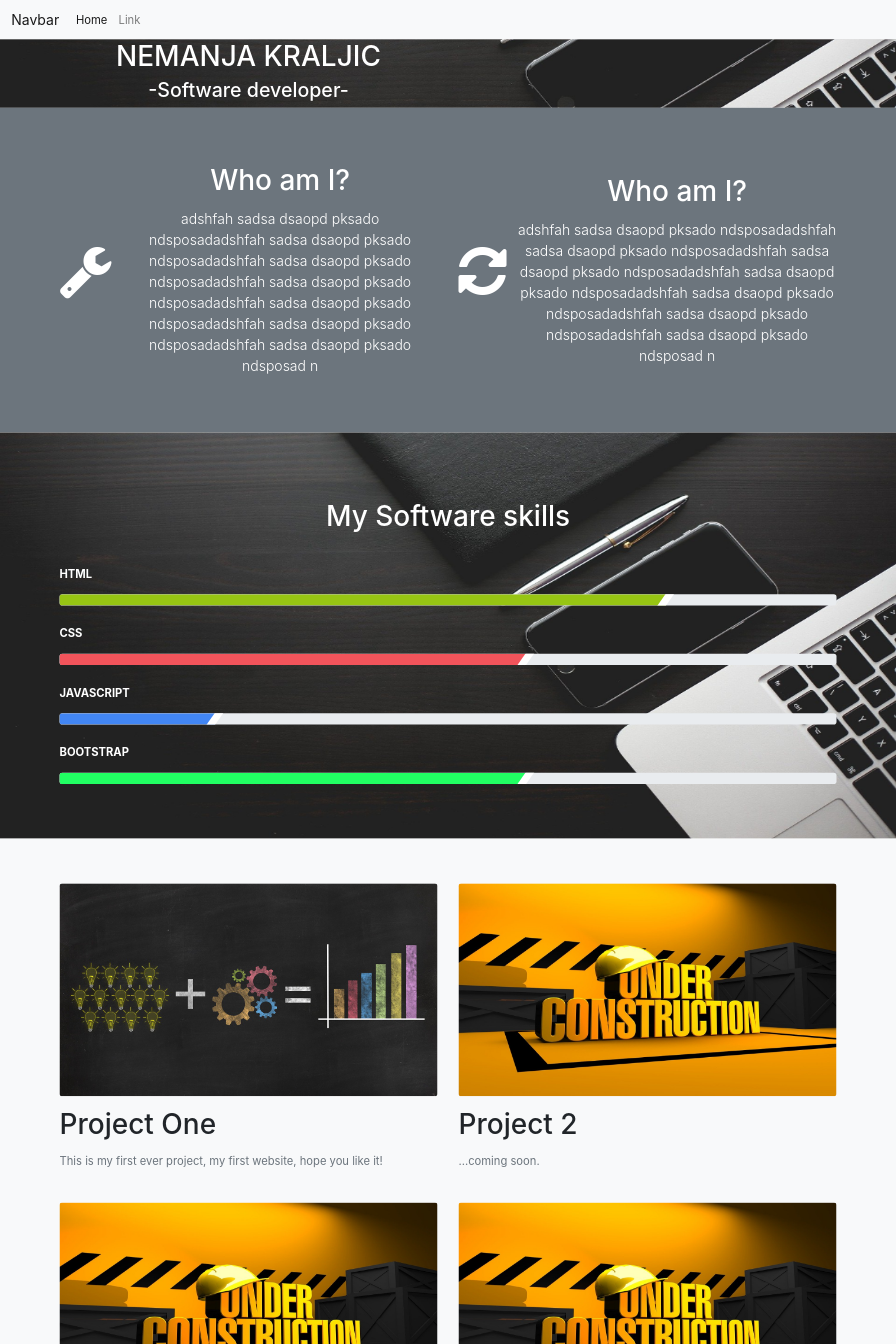
Repository: Kraljiccar/User-Centric-Frontend-Development-Milestone-Project
Page: index.html
The author's editor kept a record of every edit. The page is drawn from the files as they stood at one moment, then again after the next edit.
The browser window is 1280 px wide. The pictures show the part of the page from y = 0 to 1920 px (the page is 2818 px tall before and 2762 px after), at 70% of full size.
Backgrounds fixed to the window are drawn as part of the page.

Above is the page before.

After the next edit:
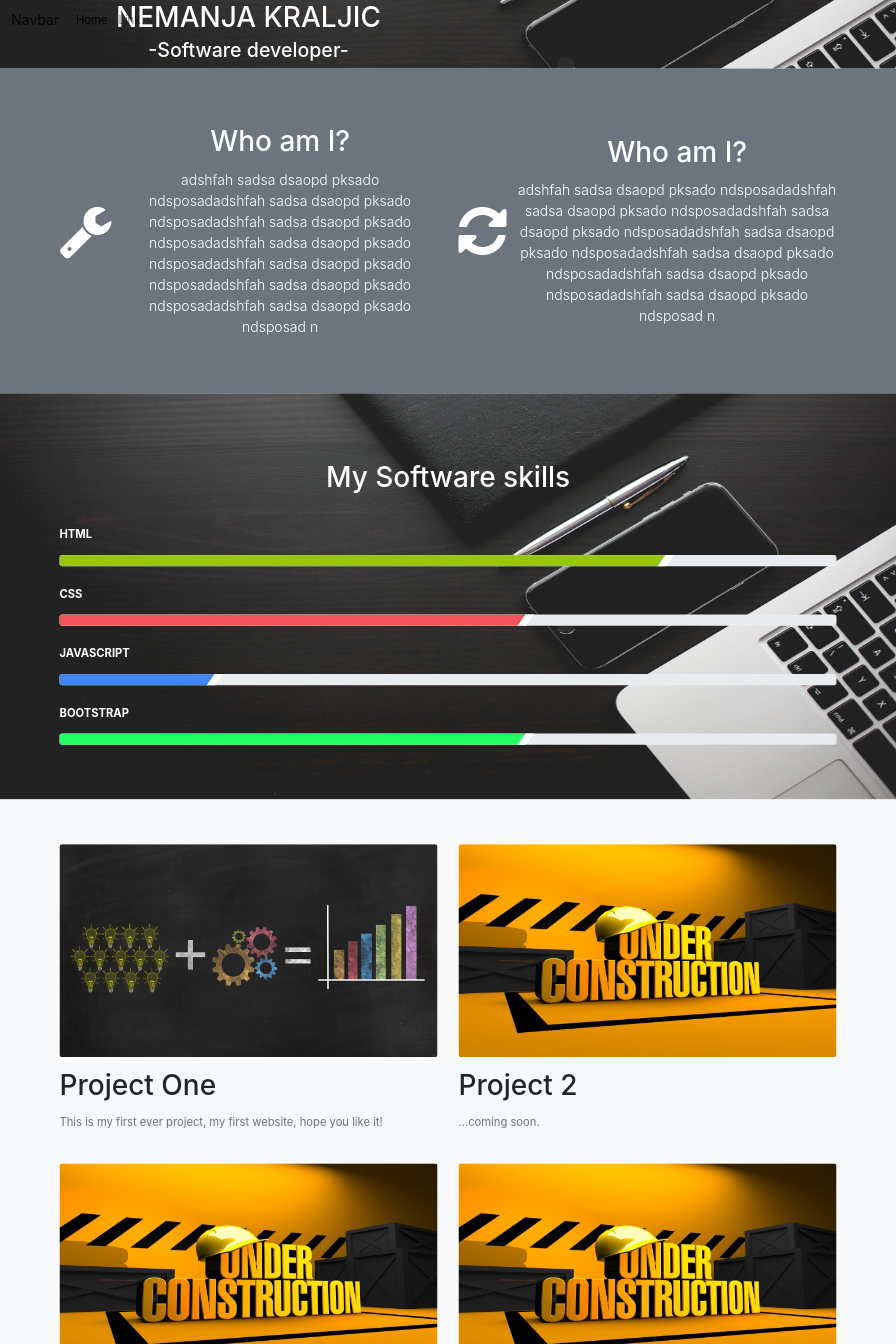
The edit:
--- a/index.html
+++ b/index.html
@@ -13,7 +13,7 @@
 </head>
 
 <body data-spy="scroll" data-target="#navbarResponsive">
-    <nav class="navbar navbar-expand-lg navbar-light bg-light">
+    <nav class="navbar navbar-expand-lg navbar-light bg-transparent fixed-top">
   <button class="navbar-toggler" type="button" data-toggle="collapse" data-target="#navbarTogglerDemo03" aria-controls="navbarTogglerDemo03" aria-expanded="false" aria-label="Toggle navigation">
     <span class="navbar-toggler-icon"></span>
   </button>
